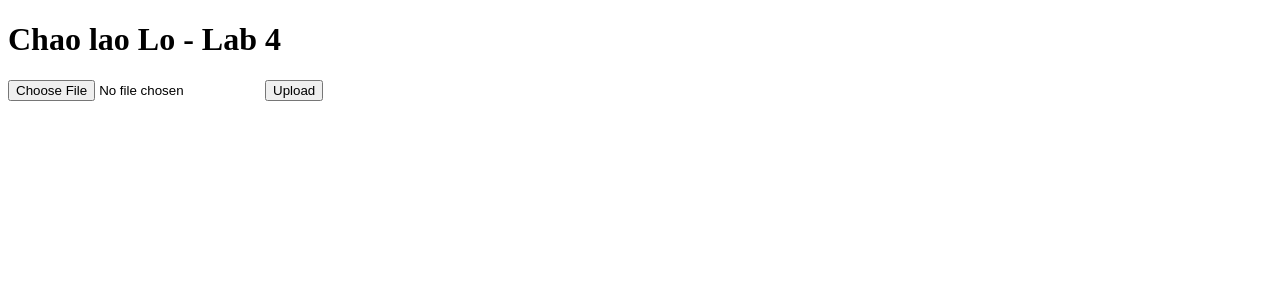
Repository: chaolaolo/Lab3_PH45308
Page: src/upload.html
An editor plug-in stored every save of this project. The page is shown before and after the next save, followed by the edit.
The browser window is 1280 px wide. The pictures show the whole page.

Above is the page before, as saved 2024-07-17 19:03:57.

After the next save:
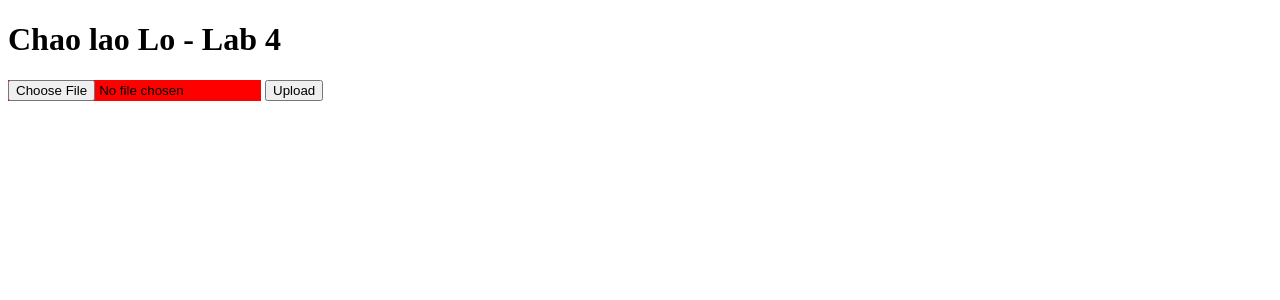
Saved 4 min 57 s later.
--- a/src/upload.html
+++ b/src/upload.html
@@ -8,7 +8,9 @@
 <body>
     <h1>Chao lao Lo - Lab 4</h1>
     <form action="/uploadfile" method="post" enctype="multipart/form-data">
-        <input type="file" name="myFile" id="" accept="image/*">
+        <input
+        style="background-color: red;"
+        type="file" name="myFile" id="" accept="image/*">
         <input type="submit" value="Upload">
     </form>
 </body>
